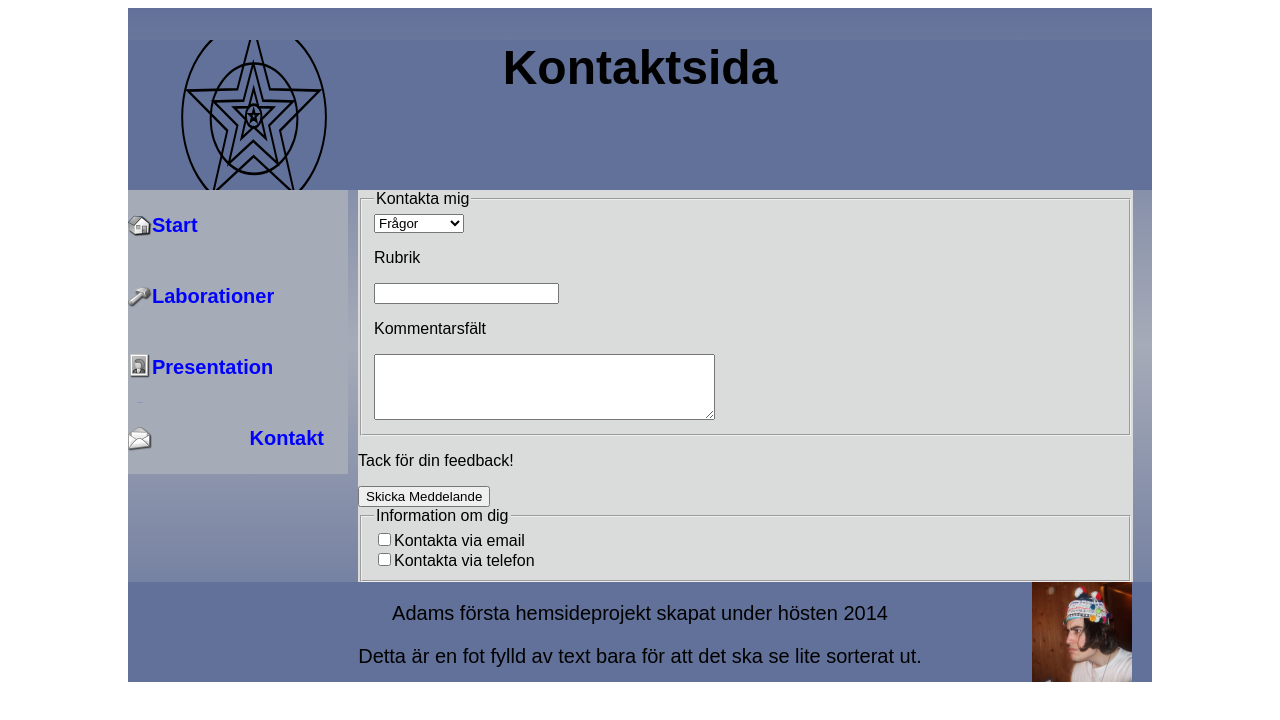
Repository: ao222qc/1IK415_ao222qc_copycat
Page: pages/kontakt.html
The author's editor kept a record of every edit. The page is drawn from the files as they stood at one moment, then again after the next edit.
The browser window is 1280 px wide. The pictures show the whole page.

Above is the page before.

After the next edit:
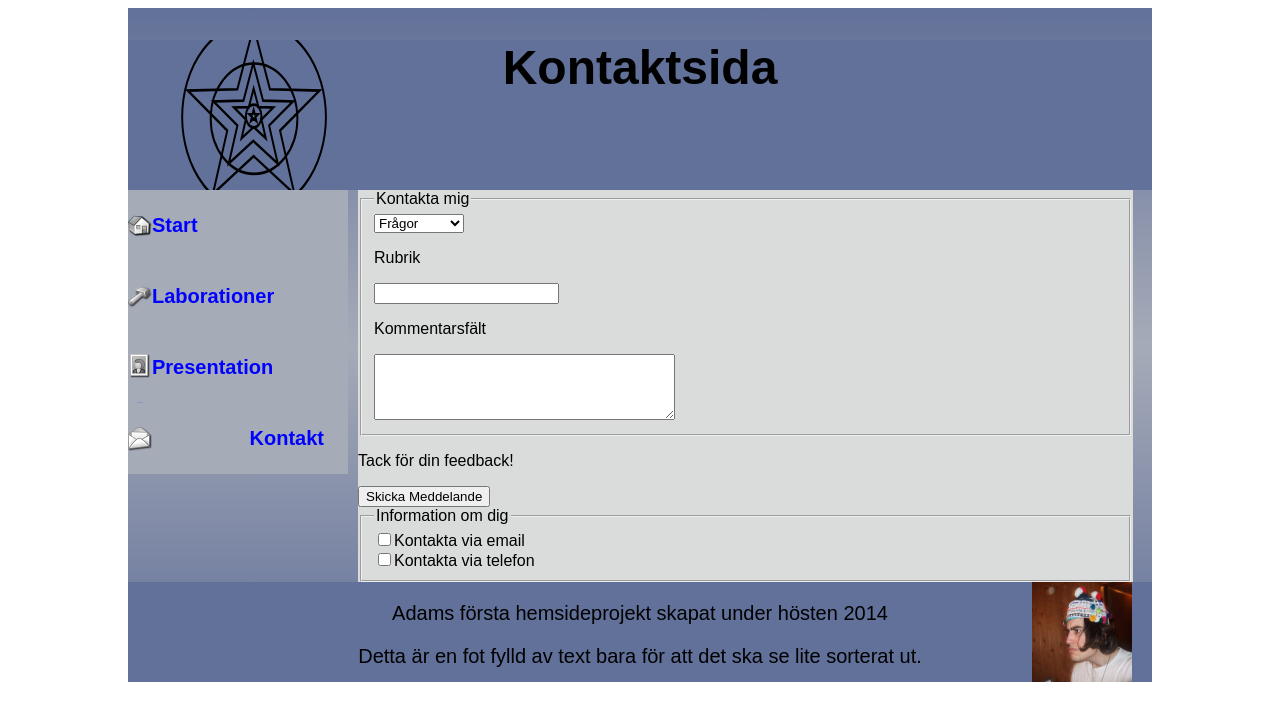
The edit:
--- a/pages/kontakt.html
+++ b/pages/kontakt.html
@@ -34,7 +34,7 @@
                 <p>Rubrik</p>
                 <input type="text" name="Rubrik" id="Rubrik"/>
                 <p>Kommentarsfält</p>
-                <textarea name="Kommentarsfält" id="Kommentarsfält" cols="40" rows="4"></textarea>
+                <textarea name="Kommentarsfält" id="Kommentarsfält" cols="35" rows="4"></textarea>
         </fieldset>
     <p>Tack för din feedback!</p>
     <input type="submit" value="Skicka Meddelande"/>
